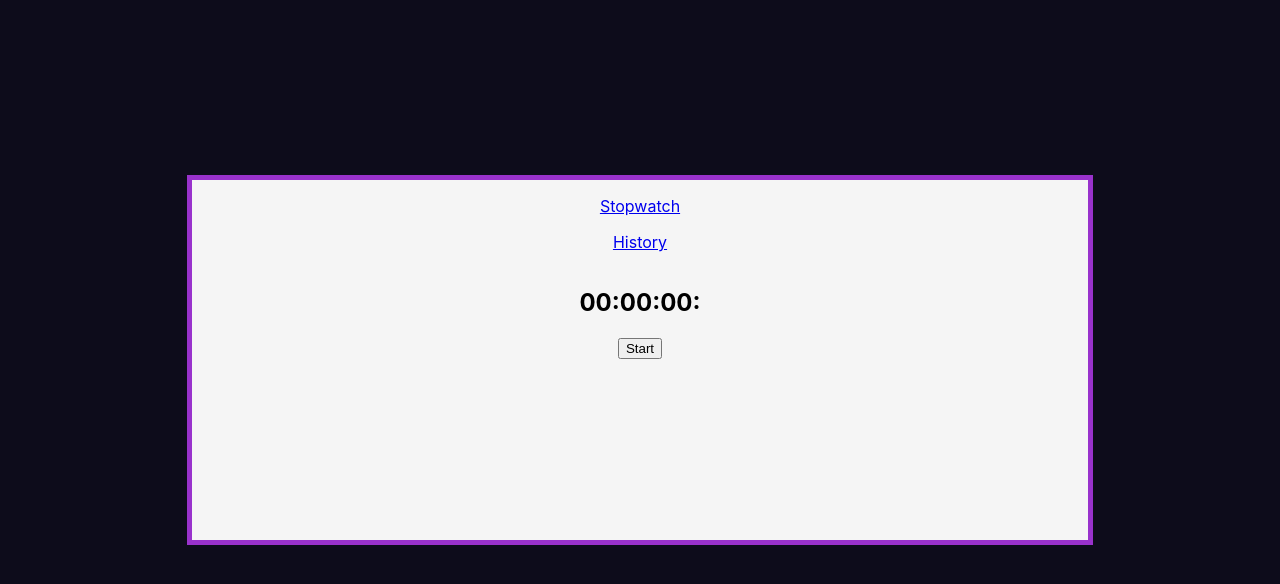
Repository: NicolasRSJ/fastdoubleclick
Page: /
An editor plug-in stored every save of this project. The page is shown before and after the next save, followed by the edit.
The browser window is 1280 px wide. The pictures show the whole page.
The project was rebuilt for these pictures with package versions that can differ from the ones it lists, and the page was loaded fresh each time.

Above is the page before, as saved 2022-10-27 20:24:31.

### src/App.js
import './App.css';
import { Stopwatch } from './Views/Stopwatch/Index';


function App() {
  return (
    <div className="App">
      <Stopwatch/>
    </div>
  );
}

export default App;

### src/App.css
.App {
  background-color: #0d0c1b;
  width: 100vw;
  height: 100vh;
  display: flex;
  flex-direction: column;
  align-items: center;
  justify-content: center;
  text-align: center;
}

### src/Views/Stopwatch/Index.jsx
import React, { useState, useEffect } from 'react'
import "./Index.css"

export const Stopwatch = () => {

    const [ time, setTimer ] = useState(0)
    const [ start, setStart ] = useState(false)

    useEffect(() => {
        let interval = null;

        if(start) {
            interval = setInterval(() => {
                setTimer(prevTime => prevTime + 10)
            }, 10);
        }else {
            clearInterval(interval);
        }

        return () => clearInterval(interval)
    }, [start])

    const HandlerButton = () => {
        if(start === false) {
            setStart(true)
        }else {
            setStart(false)
        }
    }

  return (
    <div className="container">
        <nav className="navigation">
            <p><a href='/'>Stopwatch</a></p>
            <p><a href='/historic'>History</a></p>
        </nav>
        <section className="contents">
            <h1>
                <span>{("0" + Math.floor((time / 60000) % 60)).slice(-2)}:</span>
                <span>{("0" + Math.floor((time / 1000) % 60)).slice(-2)}:</span>
                <span>{("0" + (time / 10) % 1000).slice(-2)}:</span>
            </h1>
            <button onClick={() => <HandlerButton/>}>Start</button>
        </section>
    </div>
  )
}

### src/Views/Stopwatch/Index.css
.container {
    width: 70%;
    height: 50vh;
    display: flex;
    flex-direction: column;
    background-color: whitesmoke;
    border: 5px solid darkorchid;
}

Loaded but not shown: public/index.html (common file); src/index.js (common file); src/index.css (common file); src/reportWebVitals.js (common file)

After the next save:
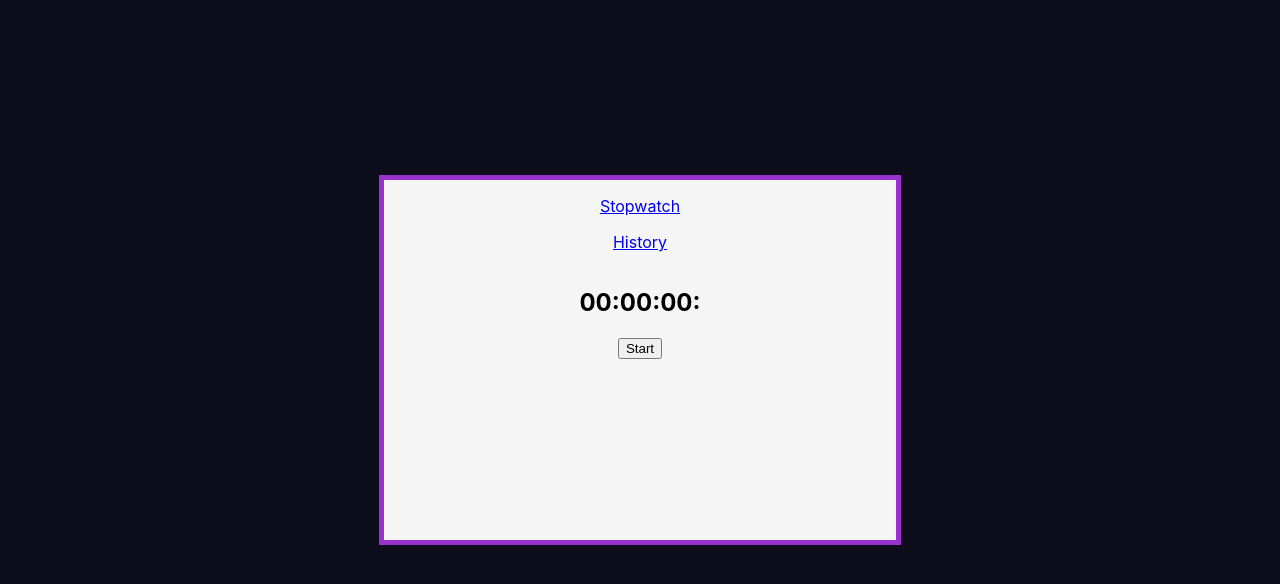
Saved 7 s later.
--- a/src/Views/Stopwatch/Index.css
+++ b/src/Views/Stopwatch/Index.css
@@ -1,5 +1,5 @@
 .container {
-    width: 70%;
+    width: 40%;
     height: 50vh;
     display: flex;
     flex-direction: column;
